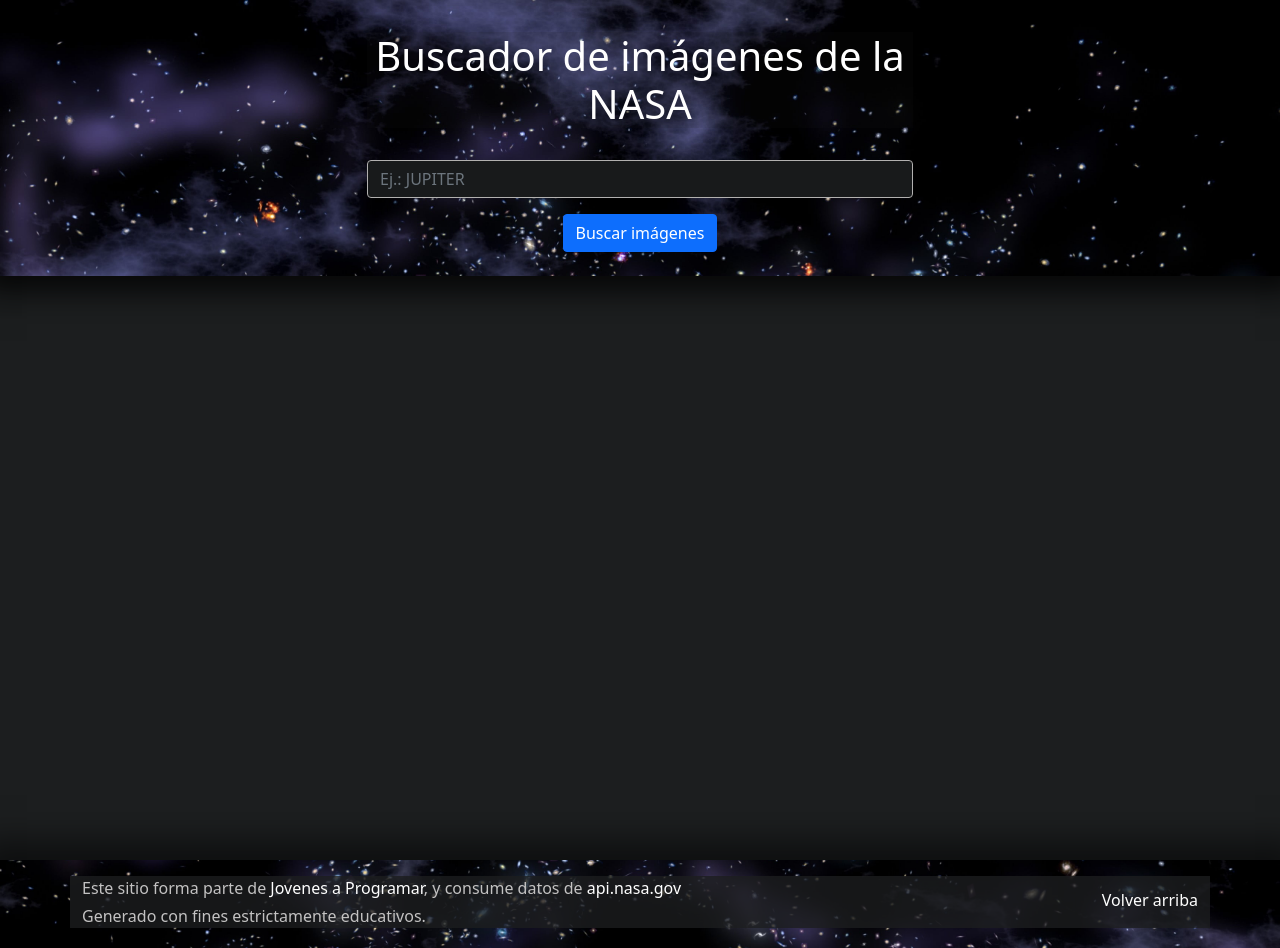
Repository: romancegirl/galaxies
Page: index.html
These files come from the project's save history. The page is drawn as it stood at one moment and after the next save; the edit follows.
The browser window is 1280 px wide. The pictures show the whole page.

Above is the page before, as saved 2024-11-30 05:14:55.

After the next save:
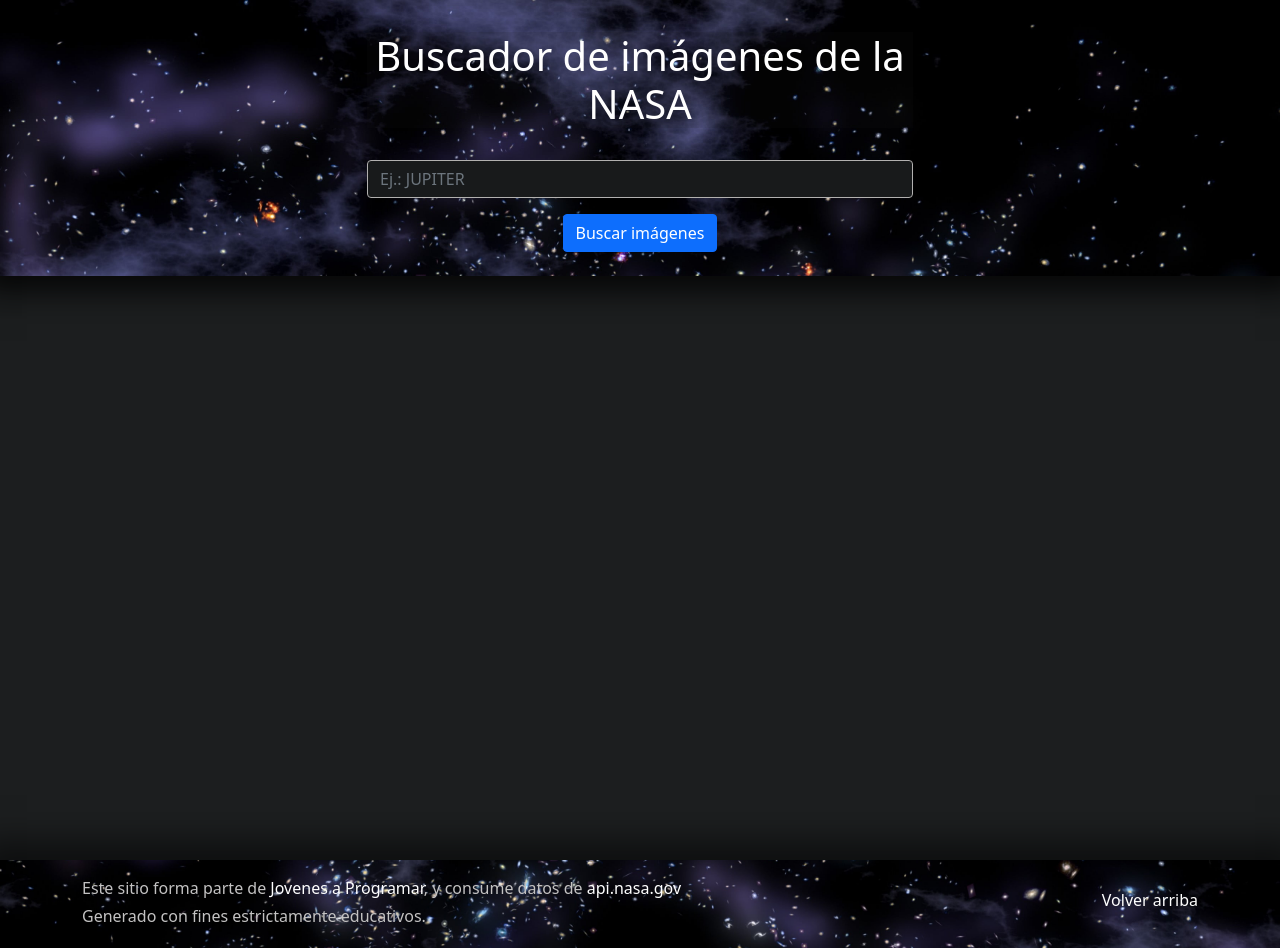
Saved 21 s later.
--- a/index.html
+++ b/index.html
@@ -34,8 +34,8 @@
   </main>
 
 
-  <footer class="text-muted py-3">
-    <div class="container back">
+  <footer class="text-muted py-3 back">
+    <div class="container">
       <p class="float-end mb-1">
         <a href="#">Volver arriba</a>
       </p>

After the 3 saves that followed:
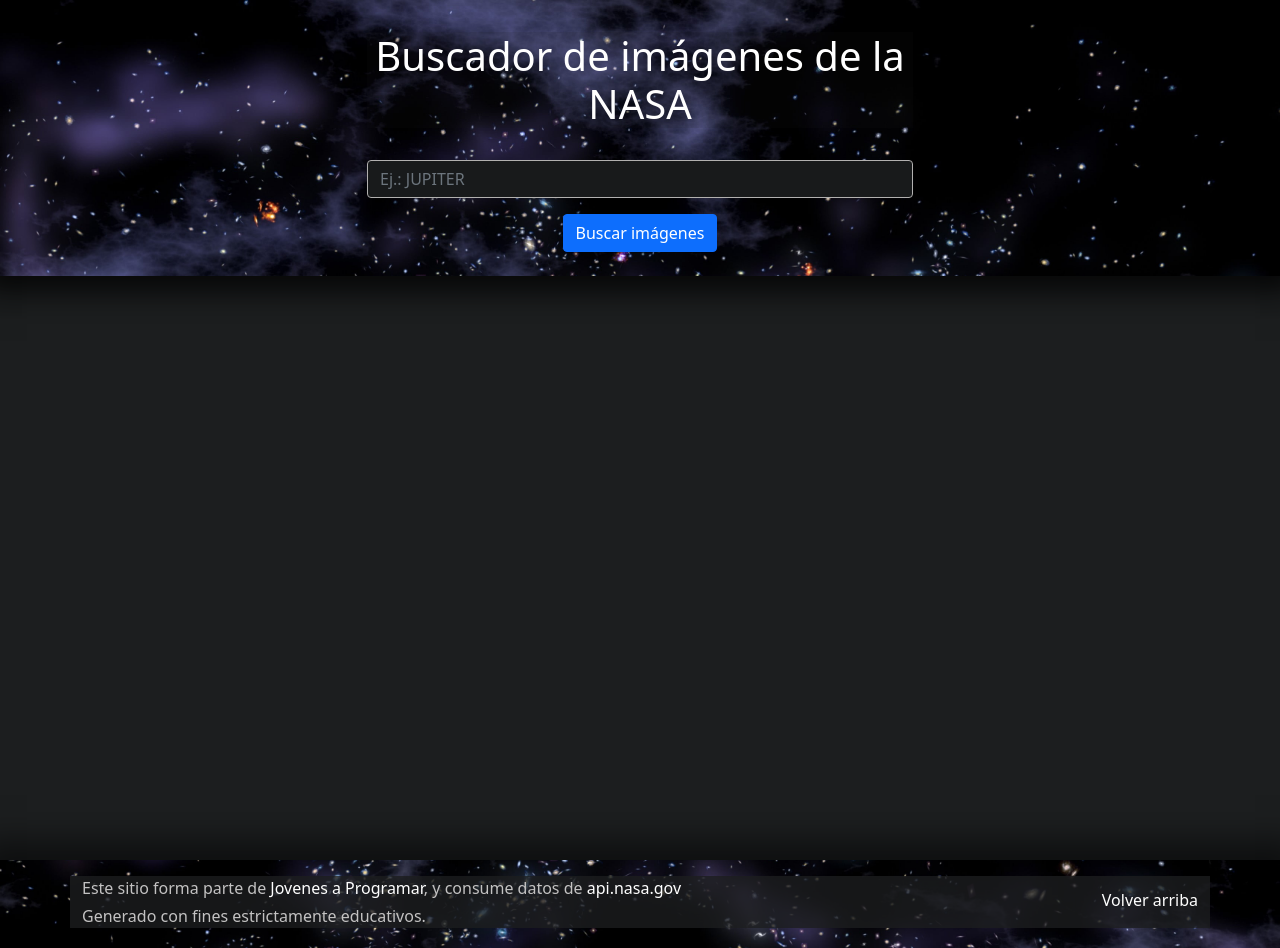
The 3 saves are shown as one change because 2 left the picture as it was.
The last was saved 41 s later.
--- a/index.html
+++ b/index.html
@@ -34,8 +34,8 @@
   </main>
 
 
-  <footer class="text-muted py-3 back">
-    <div class="container">
+  <footer class="text-muted py-3">
+    <div class="container back">
       <p class="float-end mb-1">
         <a href="#">Volver arriba</a>
       </p>
--- a/css/style.css
+++ b/css/style.css
@@ -143,8 +143,7 @@ footer .float-end {
 
 .back {
     background-color: #1c1e1fca;
-    width: 100%;
-    height: 100%;
+width: 100%;
 }
 
 
